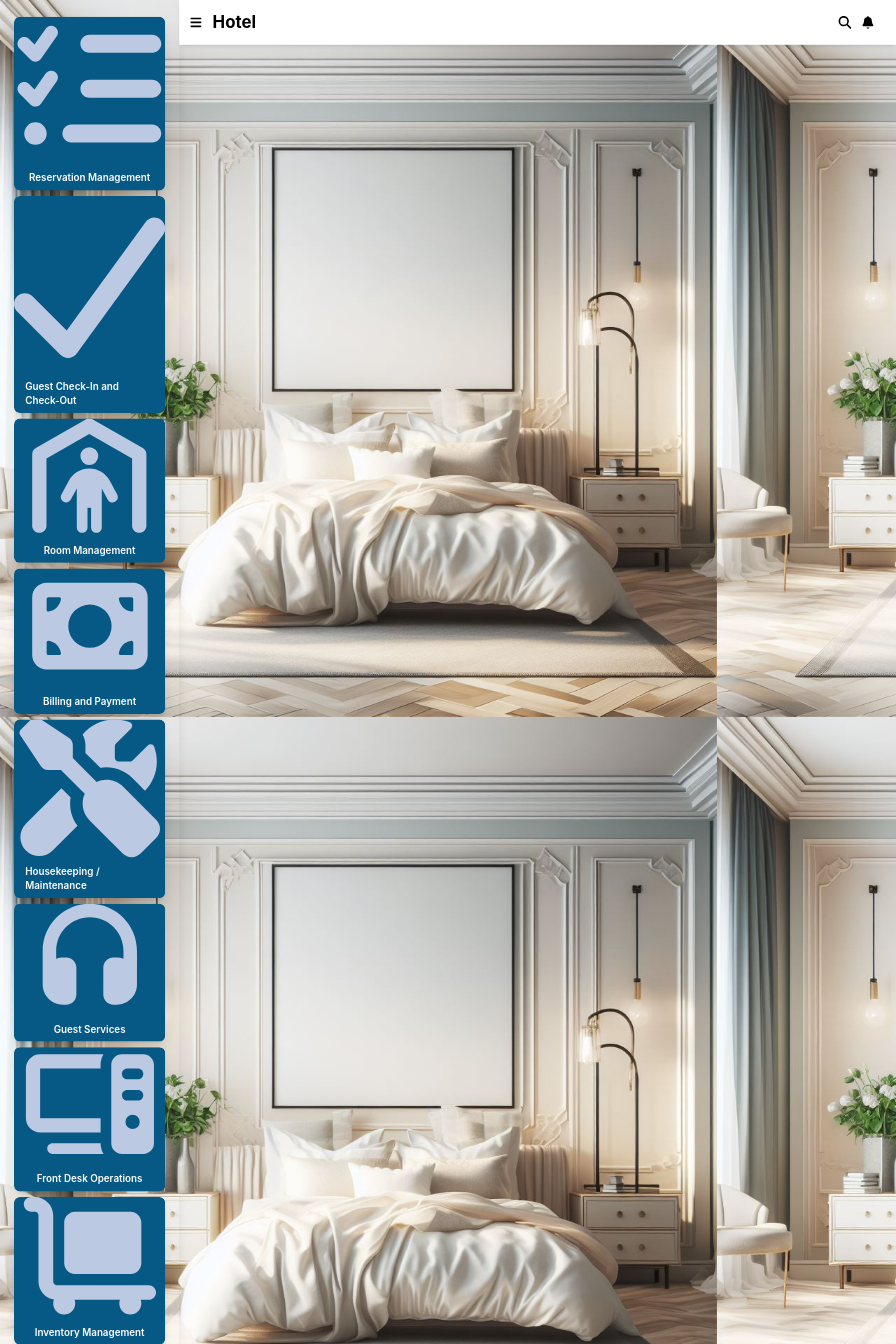
Repository: musabismael/Hotel
Page: /reporting_and_analytics
The author's editor kept a copy of each file at every save. The page is drawn from the files as they stood at one save, then again after a run of saves.
The browser window is 1280 px wide. The pictures show the part of the page from y = 0 to 1920 px (the page is 3028 px tall before and 4512 px after), at 70% of full size.
The project was rebuilt for these pictures with package versions that can differ from the ones it lists, and the page was loaded fresh each time. Also part of the build but not shown: vite.config.js, src/App.css, src/pages/ReservationManagement.jsx, src/pages/GuestCheckInOut.jsx, src/pages/RoomManagement.jsx, src/pages/BillingPayment.jsx, src/pages/HousekeepingMaintenance.jsx, src/pages/GuestServices.jsx and 5 more.

Above is the page before, as saved 2023-10-01 16:55:32.

After the next 2 saves:
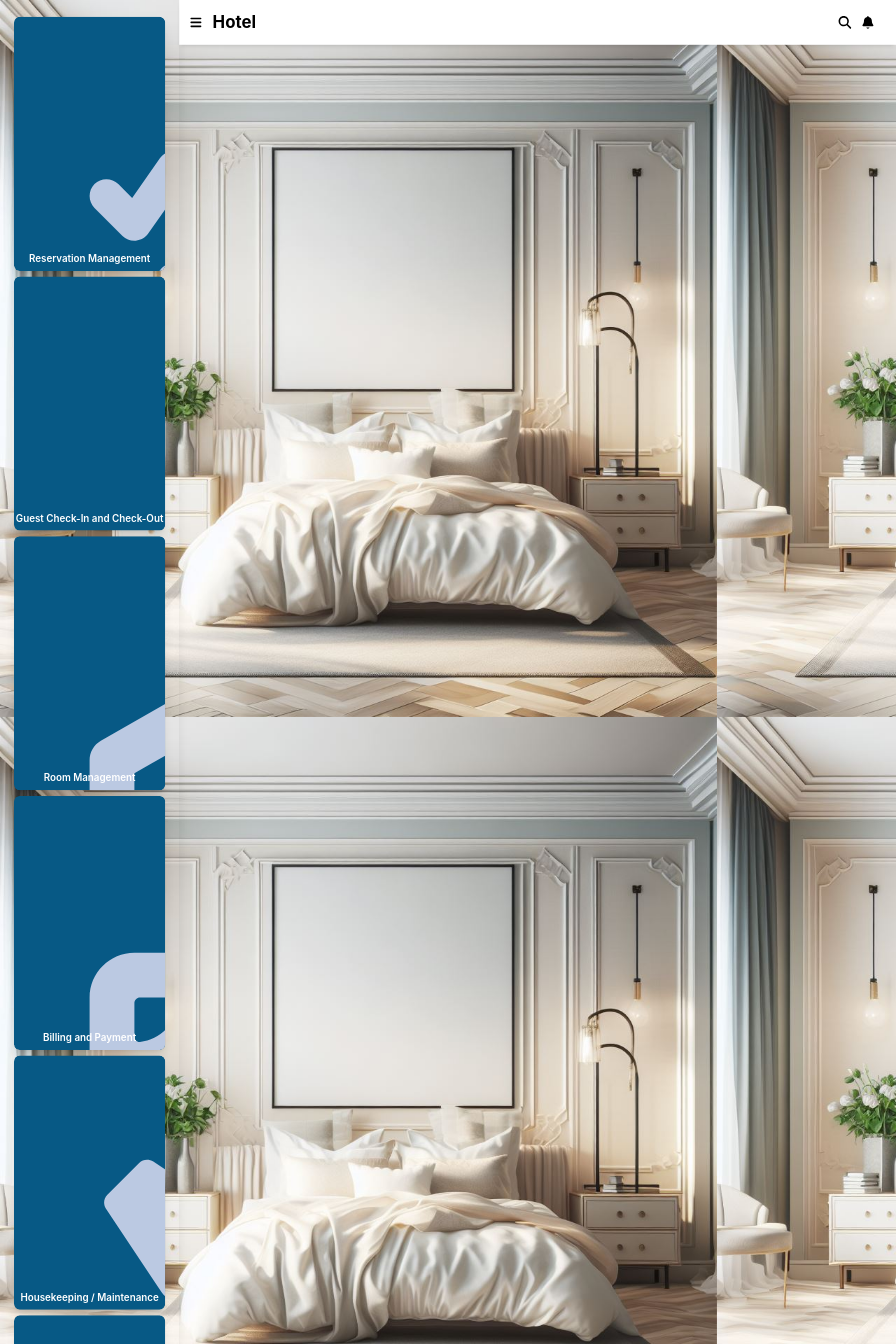
The 2 saves are shown as one change because they came seconds apart.
The last was saved 4 s later.
--- a/src/component/Card.jsx
+++ b/src/component/Card.jsx
@@ -13,7 +13,7 @@ function Card({ link, icon, title, onClick }) {
           <FontAwesomeIcon
             icon={icon}
             size="2xs"
-            className=" w-auto p-30 h-auto object-cover"
+            className=" w-auto p-40 h-auto object-cover"
             style={{color: "#bbc9e2",}}
           />
 
